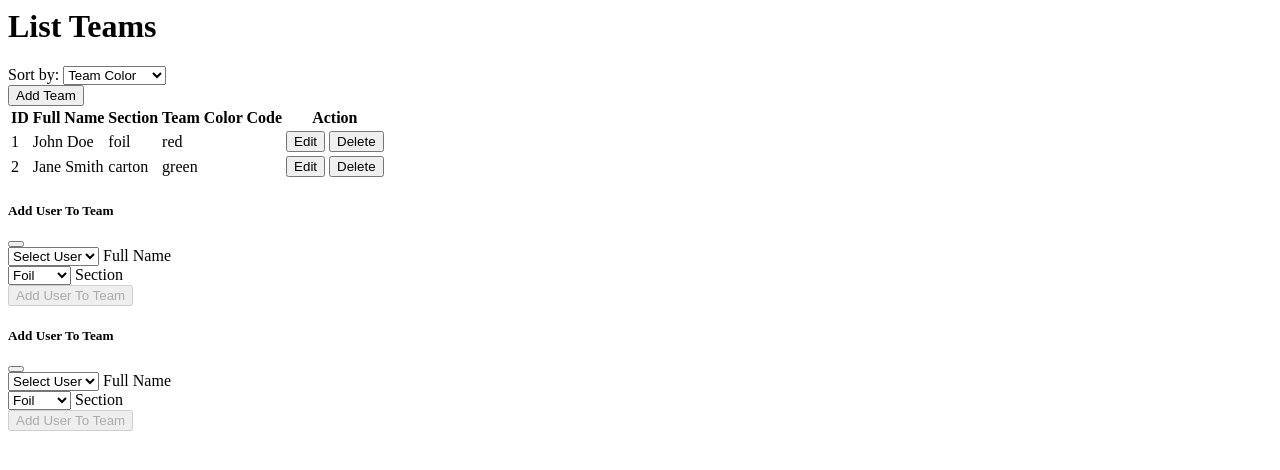
Repository: Daigtas/Shiftman
Page: partials/list-teams.html
The author's editor kept a copy of each file at every save. The page is drawn from the files as they stood at one save, then again after a run of saves.
The browser window is 1280 px wide. The pictures show the whole page.

Above is the page before, as saved 2025-02-04 12:32:27.

### partials/list-teams.html
<h1 data-translate-key="listteamstitle">List Teams</h1>
<div class="container-fluid mt-4">
    <div class="btn-toolbar mb-3" role="toolbar" aria-label="Toolbar with button groups">
        <div class="input-group">
            <label class="input-group-text" for="sortSelect" data-translate-key="sortby">Sort by:</label>
            <select class="form-select" id="sortSelect">
                <option value="teamcolor" data-translate-key="sortbyteamcolor">Team Color</option>
                <option value="teamsection" data-translate-key="sortbyteamsection">Team Section</option>
                <option value="fullname" data-translate-key="sortbyfullname">fullname</option>
            </select>
        </div>
        <button type="button" class="btn btn-primary ml-3" data-bs-toggle="modal" data-bs-target="#addusertoTeamModal" data-translate-key="addusertoteam">Add Team</button>
    </div>
    <div class="table-responsive">
        <table class="table table-bordered table-striped" id="usersTable">
            <thead class="thead-dark">
                <tr>
                    <th scope="col" data-translate-key="id">ID</th>
                    <th scope="col" data-translate-key="fullname">Full Name</th>
                    <th scope="col" data-translate-key="section">Section</th>
                    <th scope="col" data-translate-key="teamcolorcode">Team Color Code</th>
                    <th scope="col" data-translate-key="action">Action</th>
                </tr>
            </thead>
            <tbody>
                <!-- Example data, replace with dynamic data -->
                <tr>
                    <td>1</td>
                    <td>John Doe</td>
                    <td>foil</td>
                    <td>red</td>
                    <td>
                        <button class="btn btn-warning btn-sm" data-translate-key="edit">Edit</button>
                        <button class="btn btn-danger btn-sm" data-translate-key="delete">Delete</button>
                    </td>
                </tr>
                <tr>
                    <td>2</td>
                    <td>Jane Smith</td>
                    <td>carton</td>
                    <td>green</td>
                    <td>
                        <button class="btn btn-warning btn-sm" data-translate-key="edit">Edit</button>
                        <button class="btn btn-danger btn-sm" data-translate-key="delete">Delete</button>
                    </td>
                </tr>
                <!-- Add more rows as needed -->
            </tbody>
        </table>
    </div>
</div>

<!-- Add User to Team Modal -->
<div class="modal fade" id="addusertoTeamModal" tabindex="-1" aria-labelledby="addUserModalLabel" aria-hidden="true">
    <div class="modal-dialog">
        <div class="modal-content">
            <div class="modal-header">
                <h5 class="modal-title" id="addUserToTeamModalLabel" data-translate-key="addusertoteam">Add User To Team</h5>
                <button type="button" class="btn-close" data-bs-dismiss="modal" aria-label="Close"></button>
            </div>
            <div class="modal-body">
                <form id="addUserForm">
                    <div class="form-floating mb-3">
                        <select class="form-select" id="userFullName" required>
                            <option value="" disabled selected data-translate-key="selectuser">Select User</option>
                            <option value="john_doe" data-translate-key="johndoe">John Doe</option>
                            <option value="jane_smith" data-translate-key="janesmith">Jane Smith</option>
                            <!-- Add more options as needed -->
                        </select>
                        <label for="userFullName" data-translate-key="fullname">Full Name</label>
                    </div>
                    <div class="form-floating mb-3">
                        <select class="form-select" id="section" required>
                            <option value="foil" data-translate-key="foil">Foil</option>
                            <option value="carton" data-translate-key="carton">Carton</option>
                        </select>
                        <label for="section" data-translate-key="section">Section</label>
                    </div>
                    <button type="submit" class="btn btn-primary" id="addUserSubmit" disabled data-translate-key="addusertoteam">Add User To Team</button>
                </form>
            </div>
        </div>
    </div>
</div>
<!-- Add User to Team Modal -->
<div class="modal fade" id="addTeamModal" tabindex="-1" aria-labelledby="addTeamModalLabel" aria-hidden="true">
    <div class="modal-dialog">
        <div class="modal-content">
            <div class="modal-header">
                <h5 class="modal-title" id="addTeamModalLabel" data-translate-key="addteam">Add User To Team</h5>
                <button type="button" class="btn-close" data-bs-dismiss="modal" aria-label="Close"></button>
            </div>
            <div class="modal-body">
                <form id="addUserForm">
                    <div class="form-floating mb-3">
                        <select class="form-select" id="userFullName" required>
                            <option value="" disabled selected data-translate-key="selectuser">Select User</option>
                            <option value="john_doe" data-translate-key="johndoe">John Doe</option>
                            <option value="jane_smith" data-translate-key="janesmith">Jane Smith</option>
                            <!-- Add more options as needed -->
                        </select>
                        <label for="userFullName" data-translate-key="fullname">Full Name</label>
                    </div>
                    <div class="form-floating mb-3">
                        <select class="form-select" id="section" required>
                            <option value="foil" data-translate-key="foil">Foil</option>
                            <option value="carton" data-translate-key="carton">Carton</option>
                        </select>
                        <label for="section" data-translate-key="section">Section</label>
                    </div>
                    <button type="submit" class="btn btn-primary" id="addUserSubmit" disabled data-translate-key="addusertoteam">Add User To Team</button>
                </form>
            </div>
        </div>
    </div>
</div>

<link rel="stylesheet" href="css/register-user.css">

### css/register-user.css
/* jQuery UI styling */
.ui-state-hover {
    background-color: #e2e6ea !important;
}

.ui-state-active {
    background-color: #d6d8db !important;
}

/* Modal styling */
#addUserModal {
    display: none;
    z-index: 1050; /* Ensure the modal is on the top layer */
}

After the next 2 saves:
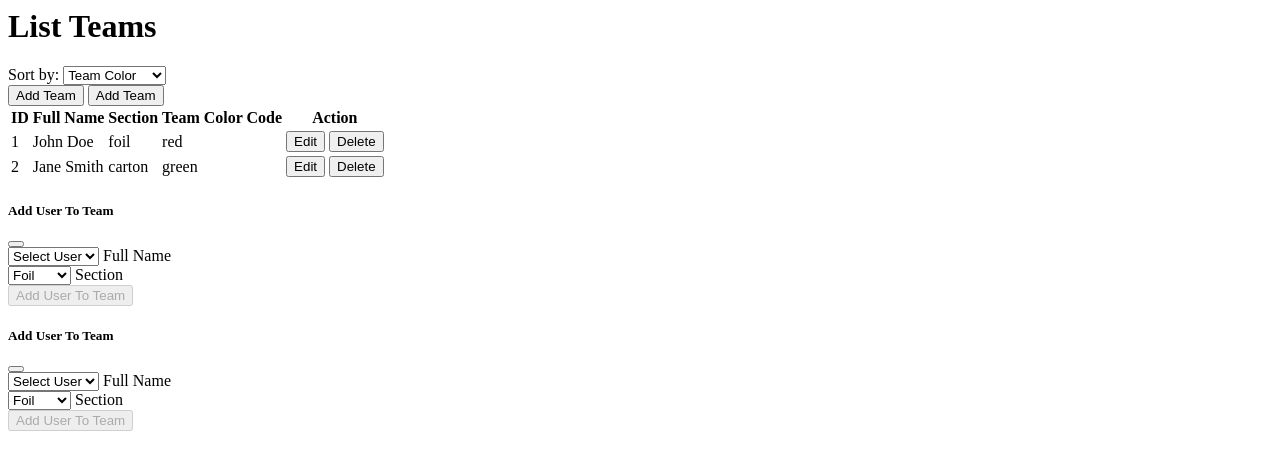
The 2 saves are shown as one change because they came seconds apart.
The last was saved 16 s later.
--- a/partials/list-teams.html
+++ b/partials/list-teams.html
@@ -10,6 +10,8 @@
             </select>
         </div>
         <button type="button" class="btn btn-primary ml-3" data-bs-toggle="modal" data-bs-target="#addusertoTeamModal" data-translate-key="addusertoteam">Add Team</button>
+        <button type="button" class="btn btn-primary ml-3" data-bs-toggle="modal" data-bs-target="#addusertoTeamModal" data-translate-key="addusertoteam">Add Team</button>
+
     </div>
     <div class="table-responsive">
         <table class="table table-bordered table-striped" id="usersTable">
